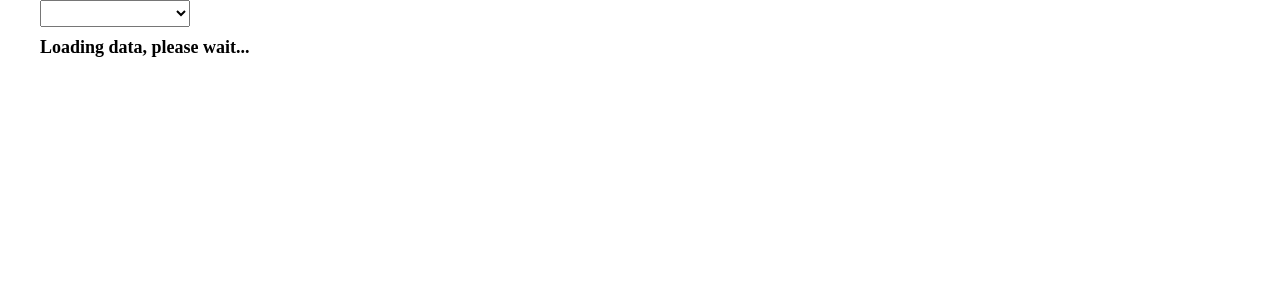
Repository: jandiman/goit-js-hw-10
Page: src/index.html
The author's editor kept a copy of each file at every save. The page is drawn from the files as they stood at one save, then again after the next save.
The browser window is 1280 px wide. The pictures show the whole page.

Above is the page before, as saved 2023-11-25 17:08:20.
Not found: src/cat-api

After the next save:
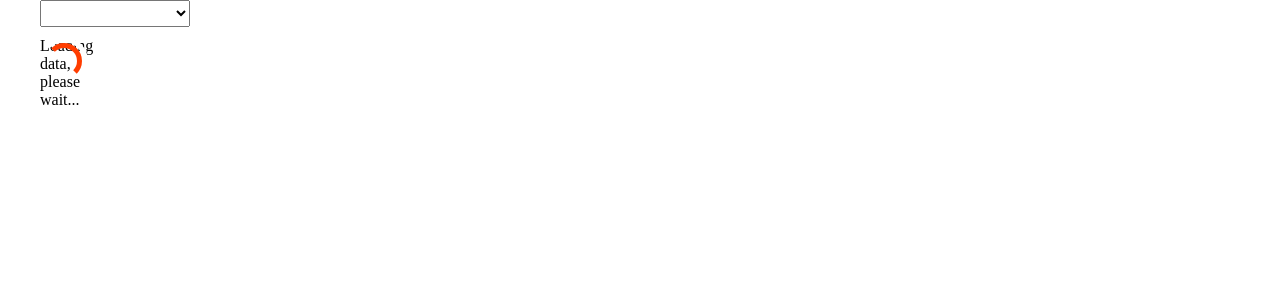
Saved 10 s later.
--- a/src/styles.css
+++ b/src/styles.css
@@ -64,8 +64,53 @@ body {
 }
 
 .loader {
-  font-size: 18px;
-  font-weight: 600;
+  width: 48px;
+  height: 48px;
+  border-radius: 50%;
+  position: relative;
+  animation: rotate 1s linear infinite;
+}
+.loader::before,
+.loader::after {
+  content: '';
+  box-sizing: border-box;
+  position: absolute;
+  inset: 0px;
+  border-radius: 50%;
+  border: 5px solid #fff;
+  animation: prixClipFix 2s linear infinite;
+}
+.loader::after {
+  border-color: #ff3d00;
+  animation: prixClipFix 2s linear infinite, rotate 0.5s linear infinite reverse;
+  inset: 6px;
+}
+
+@keyframes rotate {
+  0% {
+    transform: rotate(0deg);
+  }
+  100% {
+    transform: rotate(360deg);
+  }
+}
+
+@keyframes prixClipFix {
+  0% {
+    clip-path: polygon(50% 50%, 0 0, 0 0, 0 0, 0 0, 0 0);
+  }
+  25% {
+    clip-path: polygon(50% 50%, 0 0, 100% 0, 100% 0, 100% 0, 100% 0);
+  }
+  50% {
+    clip-path: polygon(50% 50%, 0 0, 100% 0, 100% 100%, 100% 100%, 100% 100%);
+  }
+  75% {
+    clip-path: polygon(50% 50%, 0 0, 100% 0, 100% 100%, 0 100%, 0 100%);
+  }
+  100% {
+    clip-path: polygon(50% 50%, 0 0, 100% 0, 100% 100%, 0 100%, 0 0);
+  }
 }
 
 .error {
